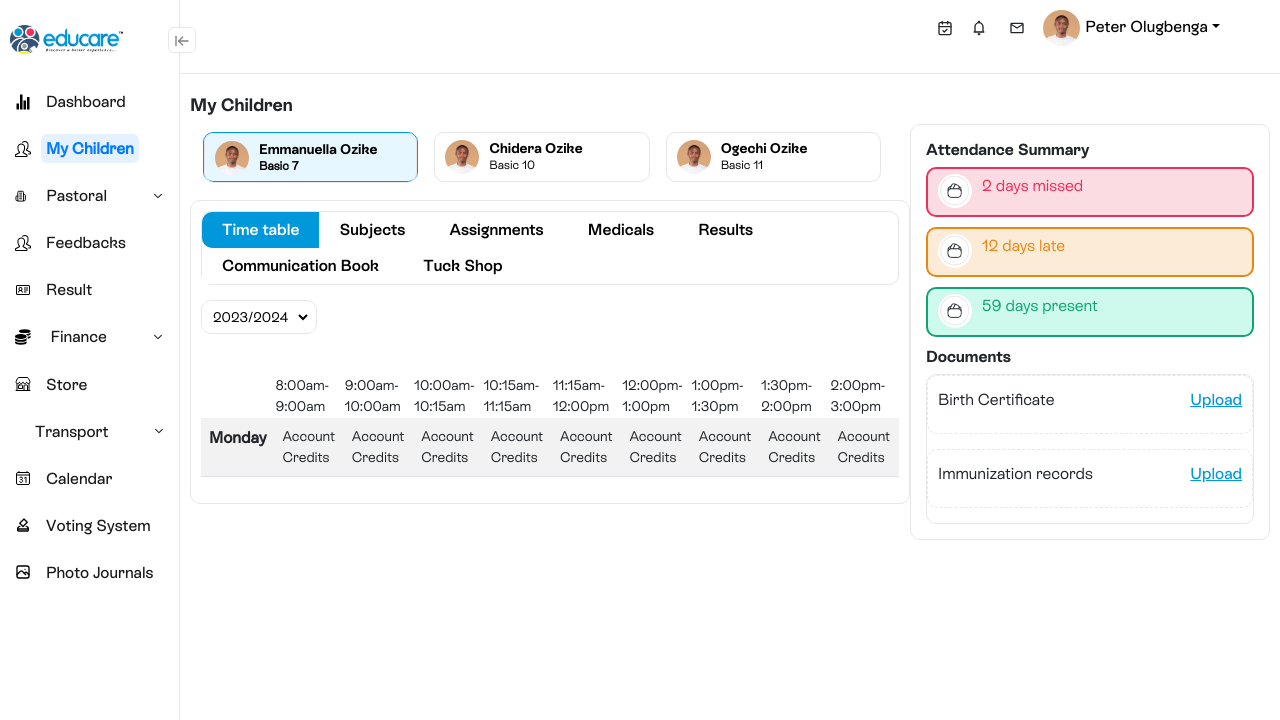
Repository: sarahnnanyelugo/educare-dashboards
Page: /my-children
These files come from the project's save history. The page is drawn as it stood at one moment and after the next save; the edit follows.
The browser window is 1280 px wide. The pictures show the whole page.
The project was rebuilt for these pictures with package versions that can differ from the ones it lists, and the page was loaded fresh each time. Also part of the build but not shown: src/Dashboards/Parents/MainView/main-view.scss, src/components/News/news.scss, src/components/News/News.js, src/TestData/newsData.js, src/TestData/schEvents.js, src/components/ResultChart/ResultChart.js, src/components/Calender/calender.scss, src/components/Calender/Calender.js and 5 more.

Above is the page before, as saved 2024-10-16 08:48:57.

### src/App.js
import logo from "./logo.svg";
import "./App.scss";
import "bootstrap/dist/css/bootstrap.min.css";
import { BrowserRouter, Routes, Route, Link, Outlet } from "react-router-dom";
import { ParentsLayout } from "./Layouts/ParentsLayout";
import { MainNews } from "./pages/NewsPage/MainNews/MainNews";
import { NewsPage } from "./pages/NewsPage/NewsPage";
function App() {
  return (
    <>
      {" "}
      <Routes>
        <Route path="/*" element={<ParentsLayout />} />{" "}
        <Route path="news-page" element={<NewsPage />} />
        <Route path="main-news/:blog_id" element={<MainNews />} />
      </Routes>
    </>
  );
}

export default App;

### src/App.scss
.App-link {
  color: #61dafb;
}

@keyframes App-logo-spin {
  from {
    transform: rotate(0deg);
  }
  to {
    transform: rotate(360deg);
  }
}
@font-face {
  font-family: rebondG;
  src: url(./assets/fonts/Rebond_font/RebondG.otf);
}
@font-face {
  font-family: rebondG-Bold;
  src: url(./assets/fonts/Rebond_font/RebondG-Bold.otf);
}
@font-face {
  font-family: rebondG-Semi-Bold;
  src: url(./assets/fonts/Rebond_font/Rebond-semibold.otf);
}
@font-face {
  font-family: rebondG-Medium;
  src: url(./assets/fonts/Rebond_font/RebondGrotesqueMedium.otf);
}
@font-face {
  font-family: rebondBook;
  src: url(./assets/fonts/Rebond_font/RebondG-Book.ttf);
}
@font-face {
  font-family: rebondLight;
  src: url(./assets/fonts/Rebond_font/RebondGLight.otf);
}
@font-face {
  font-family: rebondMI;
  src: url(./assets/fonts/Rebond_font/RebondGrotesqueMediumitalic.otf);
}
p,
small,
link {
  font-family: rebondBook;
}
h1,
h2,
h3,
h4,
h5,
h6 {
  font-family: rebondG-Bold;
}
a {
  font-family: rebondG-Medium;
  text-decoration: none !important;
}
.card {
  border: 1px solid #e7e7e7 !important;
  border-radius: 10px !important;
}
select {
  border: none;
  background: #fff;
  padding: 7px;
  border-radius: 10px;
  width: 95%;
  font-size: 14px !important;
  font-family: rebondBook !important;
}

### src/Layouts/ParentsLayout.js
import React from "react";
import { Routes, Route, Navigate } from "react-router-dom";
import { TopNav } from "../components/TopNav/TopNav";
import { MainView } from "../Dashboards/Parents/MainView/MainView";
import { MyChildren } from "../Dashboards/Parents/MyChildren/MyChildren";
import { SideNav } from "../Dashboards/SideNav/SideNav";
export const ParentsLayout = () => {
  return (
    <>
      <div className="d-md-flex">
        <div className="col-md-">
          <SideNav />
        </div>
        <div className="container-fluid" style={{ padding: "0px 0px" }}>
          <TopNav />
          <Routes>
            <Route path="/" element={<MainView />} />{" "}
            <Route path="/my-children" element={<MyChildren />} />{" "}
          </Routes>
        </div>
      </div>
    </>
  );
};

### src/components/TopNav/TopNav.js
import React from "react";
import "./top-nav.scss";
import { LuCalendarCheck } from "react-icons/lu";
import { CgBell } from "react-icons/cg";
import { MdOutlineEmail } from "react-icons/md";
import Container from "react-bootstrap/Container";
import Nav from "react-bootstrap/Nav";
import Navbar from "react-bootstrap/Navbar";
import Icon5 from "../../assets/images/peter.png";

import Dropdown from "react-bootstrap/Dropdown";

export const TopNav = () => {
  return (
    <div className="top-nav-container">
      <ul className="list-inline">
        <li className="list-inline-item">
          <LuCalendarCheck />
        </li>
        <li className="list-inline-item">
          <CgBell />
        </li>{" "}
        <li className="list-inline-item">
          <MdOutlineEmail />
        </li>
        <li className="list-inline-item">
          <div className="profile-drop">
            <Dropdown>
              <Dropdown.Toggle>
                <img src={Icon5} width="37px" />
                Peter Olugbenga
              </Dropdown.Toggle>

              <Dropdown.Menu>
                <Dropdown.Item href="/dashboard-selector">
                  My Roles
                </Dropdown.Item>
                <hr />
                <Dropdown.Item style={{ color: "#DE1E1E" }}>
                  Sign out
                </Dropdown.Item>
              </Dropdown.Menu>
            </Dropdown>
          </div>
        </li>
      </ul>
    </div>
  );
};

### src/Dashboards/Parents/MyChildren/MyChildren.js
import React, { useEffect, useState } from "react";
import { useLocation } from "react-router-dom";
import "./my-children.scss";
import {
  child1,
  child2,
  child3,
  children,
} from "../../../TestData/childrenData";
import { Children } from "./Children";
import { ActivityTab } from "./ActivityTab";
import Icon from "../../../assets/images/wallet.png";
import { FileUpload } from "../../../components/FIleUpload/FileUpload";

export const MyChildren = () => {
  const [activeTab, setActiveTab] = useState(1); // Default to first tab
  const location = useLocation(); // Get the location object

  const getTabIndexFromUrl = () => {
    const params = new URLSearchParams(location.search);
    const tab = params.get("tab");
    return tab ? parseInt(tab, 10) : 1; // Return the tab index or default to 1
  };

  useEffect(() => {
    const initialTab = getTabIndexFromUrl();
    setActiveTab(initialTab); // Set the active tab based on the URL parameter
  }, [location.search]); // Re-run when the location changes

  const handleClick2 = (index) => {
    setActiveTab(index); // Set the active tab
  };

  const checkActive = (index, className) => {
    return activeTab === index ? className : "";
  };

  return (
    <div className="my-children-view">
      <h6 style={{ fontSize: "18px", marginTop: "20px" }}>My Children</h6>
      <div className="d-md-flex">
        <div className="col-md-8 ">
          <div className="tabs col-md-12 row row-cols-1 row-cols-lg-3 g-2 g-lg-3">
            {children.map((data, index) => (
              <Children
                data={data}
                handleClick2={handleClick2}
                tabIndex={index + 1}
                key={index}
                isActive={activeTab === index + 1} // Set active based on activeTab state
                mode="tab" // This mode is for tab triggering
              />
            ))}
          </div>
          <div className="panels">
            <div className={`panel ${checkActive(1, "active2")}`}>
              <ActivityTab data={child1} />
            </div>
            <div className={`panel ${checkActive(2, "active2")}`}>
              {" "}
              <ActivityTab data={child2} />
            </div>
            <div className={`panel ${checkActive(3, "active2")}`}>
              {" "}
              <ActivityTab data={child3} />
            </div>
          </div>
        </div>
        <div className="col-md-4 card attendance-summary">
          <h6>Attendance Summary</h6>
          <div className="attendance missed d-flex">
            <img src={Icon} width="34px" height="34px" />
            <p>2 days missed</p>
          </div>{" "}
          <div className="attendance late d-flex">
            <img src={Icon} width="34px" height="34px" />
            <p>12 days late</p>
          </div>{" "}
          <div className="attendance present d-flex">
            <img src={Icon} width="34px" height="34px" />
            <p>59 days present</p>
          </div>
          <h6>Documents</h6>
          <div className="card file-input">
            <FileUpload file="Birth Certificate" />
            <FileUpload file="Immunization records" />
          </div>
        </div>
      </div>
    </div>
  );
};

### src/components/TopNav/top-nav.scss
.top-nav-container {
  height: 74px;
  border-bottom: solid 1px #e4e7ec;
  //   padding-top: 20px;
  padding-right: 50px;
  ul {
    float: right;
    li {
      margin: 10px;
    }
  }
  .profile-drop {
    .btn {
      padding: 0;
      background: #fff !important;
      border: none !important;
      color: #000;
      font-family: rebondG-Medium;
      font-size: 16px;
      img {
        border-radius: 100%;
        margin-right: 5px;
      }
    }
    .dropdown-menu {
      border: solid 1px #d0d5dd;
      font-family: montM;
      box-shadow: 0px 1px 3px #1018281a;
      border: 1px solid #e4e7ec;
      border-radius: 10px;
      min-height: 150px;
      width: 230px !important;
      padding: 20px 10px;
      font-size: 14px;
      a {
        padding: 10px;
      }
      hr {
        border: solid 1px #d0d5dd;
      }
    }
  }
}

### src/TestData/childrenData.js
import Img1 from "../assets/images/peter.png";
export const children = [
  {
    name: "Emmanuella Ozike",
    img: Img1,
    class: "Basic 7",
    id: 1,
  },
  {
    name: "Chidera Ozike",
    img: Img1,
    class: "Basic 10",
    id: 1,
  },
  {
    name: "Ogechi Ozike",
    img: Img1,
    class: "Basic 11",
    id: 1,
  },
];

export const child1 = {
  data: [
    {
      id: 1,
      day: "Monday",
      period1: "Account Credits",
      period2: "Account Credits",
      period3: "Account Credits",
      period4: "Account Credits",
      period5: "Account Credits",
      period6: "Account Credits",
      period7: "Account Credits",
      period8: "Account Credits",
      period9: "Account Credits",
    },
  ],
};
export const child2 = {
  data: [
    {
      id: 1,
      day: "Monday",
      period1: "English",
      period2: "Biology",
      period4: "Account Credits",
      period5: "Account Credits",
      period6: "Account Credits",
      period7: "Account Credits",
      period8: "Account Credits",
      period9: "Account Credits",
    },
  ],
};
export const child3 = {
  data: [
    {
      id: 1,
      day: "Monday",
      period1: " Credits",
      period2: " Credits",
      period3: "Account Credits",
      period4: "Account Credits",
      period5: "Account Credits",
      period6: "Account Credits",
      period7: "Account Credits",
      period8: "Account Credits",
      period9: "Credits",
    },
  ],
};

### src/Dashboards/Parents/MyChildren/Children.js
import React, { useState } from "react";
import { Link } from "react-router-dom";
import "./my-children.scss";
export const Children = ({
  data,
  handleClick2,
  tabIndex,
  isActive,
  mode,
  linkUrl,
}) => {
  const handleClick = () => {
    if (mode === "tab" && handleClick2) {
      handleClick2(tabIndex); // Trigger the tab change only in tab mode
    } else if (mode === "link" && linkUrl) {
      window.location.href = linkUrl; // Navigate to the link in link mode
    }
  };
  return (
    <>
      <div className="col">
        <div className={isActive && mode === "tab" ? "active-component" : ""}>
          {" "}
          <div className="d-flex children-div col-md-12" onClick={handleClick}>
            <div>
              {" "}
              <img src={data.img} width="34px" height="34px" />
            </div>
            <div>
              <h6>{data.name}</h6>
              <p>{data.class}</p>
            </div>
          </div>
        </div>
      </div>
    </>
  );
};

### src/Dashboards/Parents/MyChildren/my-children.scss
.my-children-view {
  padding: 0 10px;
  .tabs {
    display: flex;
    width: 100%;
    padding: 8px 13px;
    font-family: rebondG-Bold;
  }

  .active-component {
    font-weight: bold;
    background: #e6f7ff;
    color: #fff;
    border: solid 1px #0098da;
    height: 50px;
    border-radius: 10px;
  }

  .panel {
    display: none;
    // color: #161617;
    // font-family: rebondG;
    // line-height: 40px;
    // padding-top: 65px;
    // background: #fff;
  }

  .panel.active2 {
    display: block;
  }
}

.children-div {
  height: 50px;
  padding: 7px 10px;
  margin-bottom: 10px;
  color: #000;
  border: solid 1px #e7e7e7;
  border-radius: 10px;
  &:hover {
    background: #e7e7e7;
  }
  img {
    border-radius: 100%;
    margin-right: 10px;
  }
  h6 {
    margin-bottom: 0;
    font-size: 14px;
  }
  p {
    font-size: 12px;
  }
}
.attendance-summary {
  padding: 15px;
}
.attendance {
  height: 50px;
  border-radius: 10px;
  padding: 5px 10px;
  margin-bottom: 10px;
  img {
    border-radius: 100%;
    margin-right: 10px;
  }
}
.missed {
  border: solid 2px #ed2f59;
  background: #fcdce3;
  color: #ed2f59;
}
.late {
  border: solid 2px #ea8713;
  background: #fcebd7;
  color: #ea8713;
}
.present {
  border: solid 2px #11a377;
  background: #cdfaec;
  color: #11a377;
}
.activity-tab {
  padding: 10px;
  .tabs2 {
    border: solid 1px #e7e7e7;
    border-radius: 10px;
    padding: 0px 0px;
    margin-bottom: 15px;
    button {
      background: #fff;
      border: none;
      padding: 6px 20px;
      font-family: rebondG-Semi-Bold;
    }
  }
  .edge {
    border-top-left-radius: 10px;
    border-bottom-left-radius: 10px;
  }
  .edge2 {
    border-top-right-radius: 10px;
    border-bottom-right-radius: 10px;
  }
}
.active3 {
  background: #0098da !important;
  color: #fff;
}

### src/Dashboards/Parents/MyChildren/ActivityTab.js
import React, { useState } from "react";
import Timetable from "../../../components/SampleTable/SampleTable";
import TimeTable from "../../../components/TimeTable/TimeTable";
import { child1, child2 } from "../../../TestData/childrenData";
import { subjects } from "../../../TestData/subjects";

export const ActivityTab = ({ data }) => {
  const [activeIndex, setActiveIndex] = useState(1);
  const handleClick = (index) => setActiveIndex(index);
  const checkActive = (index, className) =>
    activeIndex === index ? className : "";

  return (
    <div className="activity-tab card">
      <div className="tabs2 offset-md-">
        <button
          className={`tab2 edge ${checkActive(1, "active3")}`}
          onClick={() => handleClick(1)}
        >
          Time table
        </button>
        <button
          className={`tab2 ${checkActive(2, "active3")}`}
          onClick={() => handleClick(2)}
        >
          Subjects
        </button>{" "}
        <button
          className={`tab2 ${checkActive(3, "active3")}`}
          onClick={() => handleClick(3)}
        >
          Assignments
        </button>{" "}
        <button
          className={`tab2 ${checkActive(4, "active3")}`}
          onClick={() => handleClick(4)}
        >
          Medicals
        </button>{" "}
        <button
          className={`tab2 ${checkActive(5, "active3")}`}
          onClick={() => handleClick(5)}
        >
          Results
        </button>{" "}
        <button
          className={`tab2 ${checkActive(6, "active3")}`}
          onClick={() => handleClick(6)}
        >
          Communication Book
        </button>{" "}
        <button
          className={`tab2 edge2 ${checkActive(7, "active3")}`}
          onClick={() => handleClick(7)}
        >
          Tuck Shop
        </button>
      </div>
      <div className="panels">
        <div className={`panel ${checkActive(1, "active2")}`}>
          <div className="col-md-2 card">
            <select>
              <option>2023/2024</option>
              <option>2022/2021</option>
              <option>2021/2020</option>
            </select>
          </div>
          <TimeTable data={data} />
          {/* <Timetable /> */}
        </div>
        <div className={`panel ${checkActive(2, "active2")}`}>
          {" "}
          <ul>
            {subjects.map((item, index) => (
              <li key={index}>
                <strong>{item.subject}</strong>: {item.teacher}
              </li>
            ))}
          </ul>
        </div>
        <div className={`panel ${checkActive(3, "active2")}`}> 3</div>
        <div className={`panel ${checkActive(4, "active2")}`}> 4</div>
        <div className={`panel ${checkActive(5, "active2")}`}> 5</div>
        <div className={`panel ${checkActive(6, "active2")}`}> 6</div>
        <div className={`panel ${checkActive(7, "active2")}`}> 7</div>
      </div>
    </div>
  );
};

### src/components/FIleUpload/FileUpload.js
import React from "react";
import "./file-upload.scss";
export const FileUpload = (props) => {
  return (
    <>
      <div className="file-upload-div d-flex">
        <p style={{ flexGrow: 1 }}>{props.file}</p>
        <div>
          {" "}
          <input type="file" id="actual-btn" hidden />
          <label for="actual-btn">Upload</label>
        </div>
      </div>
    </>
  );
};

### src/Dashboards/SideNav/SidebarData.js
import React from "react";
import * as FaIcons from "react-icons/fa";
import * as AiIcons from "react-icons/ai";
import * as IoIcons from "react-icons/io";

export const SidebarData = [
  {
    name: "Dashboard",
    icon: "IoStatsChartSharp",
    url: "/",
  },
  {
    name: "My Children",
    icon: "SlPeople",
    url: "/my-children",
  },
  {
    name: "Pastoral",
    icon: "LuBuilding2",
    url: "/pastoral",
    accordion: true,
    accordionContent: [
      { name: "Ministry", url: "/pastoral/ministry" },
      { name: "Sermons", url: "/pastoral/sermons" },
      { name: "Events", url: "/pastoral/events" },
    ],
  },
  {
    name: "Feedbacks",
    icon: "SlPeople",
    url: "/feedbacks",
  },
  {
    name: "Result",
    icon: "LiaIdCardSolid",
    url: "/result",
  },
  {
    name: "Finance",
    icon: "FaCoins",
    url: "/finance",
    accordion: true,
    accordionContent: [
      { name: "Donations", url: "/finance/donations" },
      { name: "Expenses", url: "/finance/expenses" },
      { name: "Reports", url: "/finance/reports" },
    ],
  },
  {
    name: "Store",
    icon: "IoStorefrontOutline",
    url: "/store",
  },
  {
    name: "Transport ",
    icon: "MdOutlineEmojiTransportation",
    url: "/transport",
    accordion: true,
    accordionContent: [
      { name: "Bus Routes", url: "/transport/routes" },
      { name: "Schedules", url: "/transport/schedules" },
      { name: "Ticketing", url: "/transport/ticketing" },
    ],
  },
  {
    name: "Calendar",
    icon: "IoCalendarNumberOutline",
    url: "/calendar",
  },
  {
    name: "Voting System",
    icon: "MdOutlineHowToVote",
    url: "/voting",
  },
  {
    name: "Photo Journals",
    icon: "TbPhoto",
    url: "/photo-journals",
  },
];

### src/Dashboards/SideNav/side-nav.scss
.side-nav-div {
  background: #fff;
  .nav-inner {
    padding: 25px 5px 5px 10px;
    display: flex;
    align-items: center;
  }
  border-right: 1px solid #e7e7e7;
  a {
    color: #191919;
    font-size: 16px;
    padding: 5px 5px 5px 5px;

    border-radius: 6px;
  }
  ul {
    // background: red;
    li {
      margin: 22px 15px !important;
      &:hover {
        background: #e7e7e7;
        border-radius: 6px;
      }
    }
  }
  .accordion-button {
    padding: 3px 0 3px 5px !important;
    margin-left: 0 !important;
    font-size: 16px;
    font-family: rebondG-Medium;
    font-weight: normal !important;
    &:hover {
      background: red;
    }
    // background: red !important;
  }
  .accordion-body {
    border-left: 1px solid #e7e7e7;
    margin-top: 20px;
  }
  .accordion-button:not(.collapsed) {
    border-bottom: 0 !important;
  }
  .accordion-button::after {
    display: none;
    // width: 10px;
    // height: 10px;
  }
  .accordion-item {
    border: none !important;
  }
  .active-link {
    color: #007bff; /* Change to your desired active link color */
    font-weight: bold; /* Optional: make the text bold */
    background-color: rgba(
      0,
      123,
      255,
      0.1
    ); /* Optional: add a background color */
  }
}

### src/components/TimeTable/TimeTable.js
import React, { useState, useEffect } from "react";
import "./time-table.scss";
import Table from "react-bootstrap/Table";
import { Link } from "react-router-dom";

const TimeTable = (props) => {
  return (
    <>
      <div className="time-table-container">
        <Table className="col-md-12 col-12" striped responsive>
          <tr>
            <td></td>
            <td>8:00am-9:00am</td>
            <td>9:00am-10:00am</td>
            <td>10:00am-10:15am</td>
            <td>10:15am-11:15am</td>
            <td>11:15am-12:00pm</td>
            <td>12:00pm-1:00pm</td>
            <td>1:00pm-1:30pm</td>
            <td>1:30pm-2:00pm</td>
            <td>2:00pm-3:00pm</td>
          </tr>

          <tbody>
            {props.data.data.map((item, index) => (
              <tr>
                <th>{item.day}</th>
                <td>{item.period1}</td>
                <td>{item.period2}</td>
                <td>{item.period3}</td>
                <td>{item.period4}</td>
                <td>{item.period5}</td>
                <td>{item.period6}</td>
                <td>{item.period7}</td>
                <td>{item.period8}</td>
                <td>{item.period9}</td>
              </tr>
            ))}
          </tbody>
        </Table>
      </div>
    </>
  );
};
export default TimeTable;

### src/TestData/subjects.js
export const subjects = [
  {
    subject: "Mathematics",
    teacher: "Mr. John",
  },
  {
    subject: "English",
    teacher: "Ms. Jane",
  },
  {
    subject: "Biology",
    teacher: "Dr. Smith",
  },
];

### src/components/FIleUpload/file-upload.scss
.file-upload-div {
  border: dashed 1px #e7e7e7;
  border-radius: 10px;
  padding: 5px 10px;
  margin-bottom: 15px;
  label {
    background-color: #fff;
    color: #0098da;
    cursor: pointer;
    font-family: rebondG-Medium;
    text-decoration: underline;
    margin-top: 7px;
  }
  p {
    margin-top: 7px;
  }
}

### src/components/TimeTable/time-table.scss
.time-table-container {
  padding-top: 40px;
  tr {
    td {
      font-family: rebondBook;
      font-size: 14px;
    }
    th {
      font-family: rebondG-Medium;
    }
  }
}

Loaded but not shown: public/index.html (common file); src/index.js (common file); src/index.css (common file); src/reportWebVitals.js (common file); src/Dashboards/SideNav/SideNav.js (193 lines, source omitted)

After the next save:
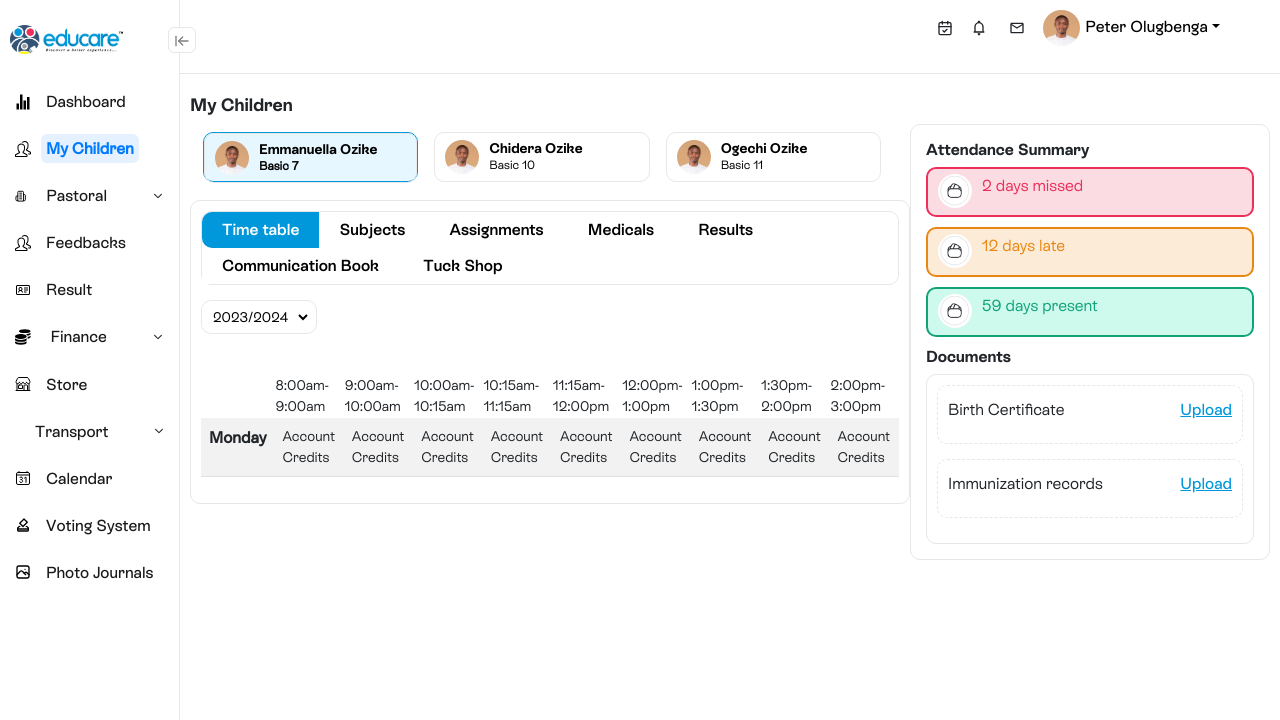
Saved 15 s later.
--- a/src/Dashboards/Parents/MyChildren/my-children.scss
+++ b/src/Dashboards/Parents/MyChildren/my-children.scss
@@ -107,3 +107,6 @@
   background: #0098da !important;
   color: #fff;
 }
+.file-input {
+  padding: 10px;
+}
